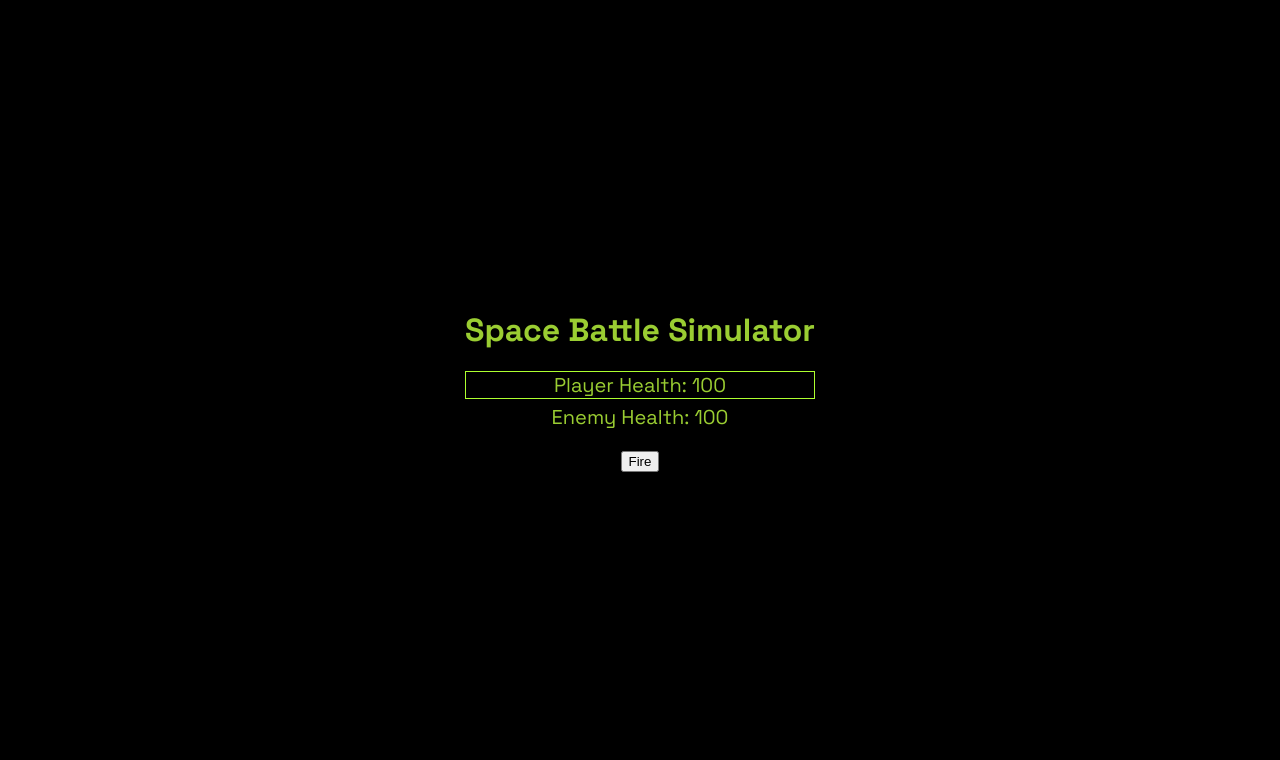
Repository: rmdayberry/Space-Battle
Page: /
An editor plug-in stored every save of this project. The page is shown before and after the next save, followed by the edit.
The browser window is 1280 px wide. The pictures show the whole page.
The project was rebuilt for these pictures with package versions that can differ from the ones it lists, and the page was loaded fresh each time. Also part of the build but not shown: vite.config.js, src/App.css.

Above is the page before, as saved 2024-08-24 10:48:14.

### index.html
<!DOCTYPE html>
<html lang="en">
  <head>
    <meta charset="UTF-8" />
    <link rel="icon" type="image/svg+xml" href="/vite.svg" />
    <meta name="viewport" content="width=device-width, initial-scale=1.0" />
    <title>Space Battle</title>
  </head>
  <body>
    <div id="root"></div>
    <script type="module" src="/src/main.jsx"></script>
  </body>
</html>

### src/App.jsx
import { useState } from "react";
import "./App.css";
import "./index.css";
import Health from "./Health";
import GameController from "./GameController";

function App() {
  const [playerHealth, setPlayerHealth] = useState(100);
  const [enemyHealth, setEnemyHealth] = useState(100);
  const [gameStatus, setGameStatus] = useState("playing");

  const handleFire = (playerDamage, enemyDamage) => {
    const newPlayerHealth = Math.max(playerHealth - playerDamage, 0);
    const newEnemyHealth = Math.max(enemyHealth - enemyDamage, 0);

    setPlayerHealth(newPlayerHealth);
    setEnemyHealth(newEnemyHealth);

    if (newPlayerHealth === 0 && newEnemyHealth === 0) {
      setGameStatus("draw");
    } else if (newPlayerHealth === 0) {
      setGameStatus("loss");
    } else if (newEnemyHealth === 0) {
      setGameStatus("win");
    }
  };

  const handleRestart = () => {
    setPlayerHealth(100);
    setEnemyHealth(100);
    setGameStatus("playing");
  };
  return (
    <div>
      <h1>Space Battle Simulator</h1>
      <Health playerHealth={playerHealth} enemyHealth={enemyHealth} />
      <GameController
        gameStatus={gameStatus}
        onFire={handleFire}
        onRestart={handleRestart}
      />
    </div>
  );
}

export default App;

### src/index.css
@import url("https://fonts.googleapis.com/css2?family=Space+Grotesk:wght@300..700&display=swap");

body {
  background-color: black;
  font-family: "Space Grotesk", sans-serif;
  color: yellowgreen;
  margin: 0;
  padding: 20px;
  display: flex;
  justify-content: center;
  align-items: center;
  height: 100vh;
}

#root {
  text-align: center;
}

### src/Health.jsx
import React from "react";
import "./Health.css";

function Health({ playerHealth, enemyHealth }) {
  return (
    <div className="health-display">
      <p className="player-health">Player Health: {playerHealth}</p>
      <p className="enemy-health">Enemy Health: {enemyHealth}</p>
    </div>
  );
}

export default Health;

### src/GameController.jsx
import React from "react";

function GameController({ gameStatus, onFire, onRestart }) {
  const handleFireClick = () => {
    const playerDamage = Math.floor(Math.random() * 10) + 1;
    const enemyDamage = Math.floor(Math.random() * 10) + 1;

    onFire(playerDamage, enemyDamage);
  };
  return (
    <div>
      {gameStatus === "playing" && (
        <button onClick={handleFireClick}>Fire</button>
      )}
      {gameStatus !== "playing" && <button onClick={onRestart}>Restart</button>}
      {gameStatus !== "playing" && <p>{gameStatus.toUpperCase()}!</p>}
    </div>
  );
}

export default GameController;

### src/Health.css
.health-display {
  margin: 20px 0;
}
.health-display p {
  font-size: 20px;
  margin: 5px 0;
}
.player-health {
  border: 1px solid greenyellow;
  padding-left: 3;
}

Loaded but not shown: src/main.jsx (common file)

After the next save:
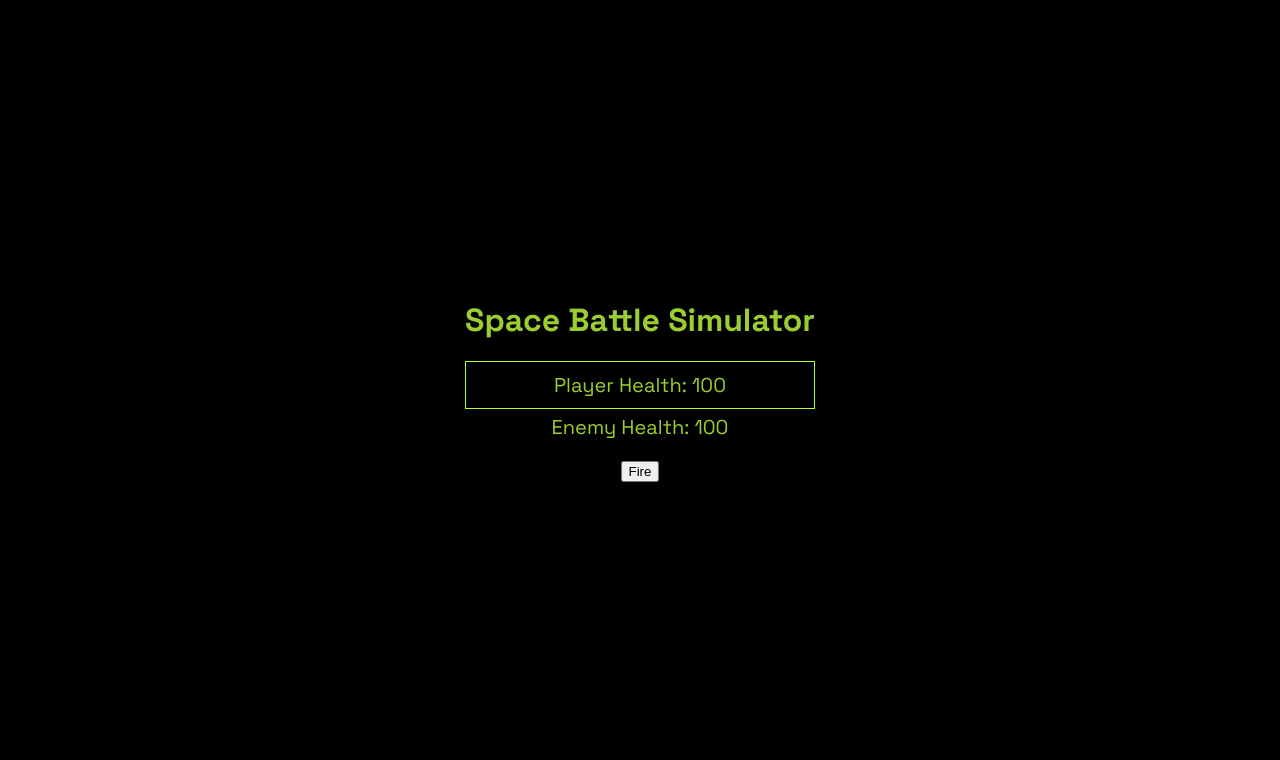
Saved 14 s later.
--- a/src/Health.css
+++ b/src/Health.css
@@ -7,5 +7,5 @@
 }
 .player-health {
   border: 1px solid greenyellow;
-  padding-left: 3;
+  padding: 10px;
 }
